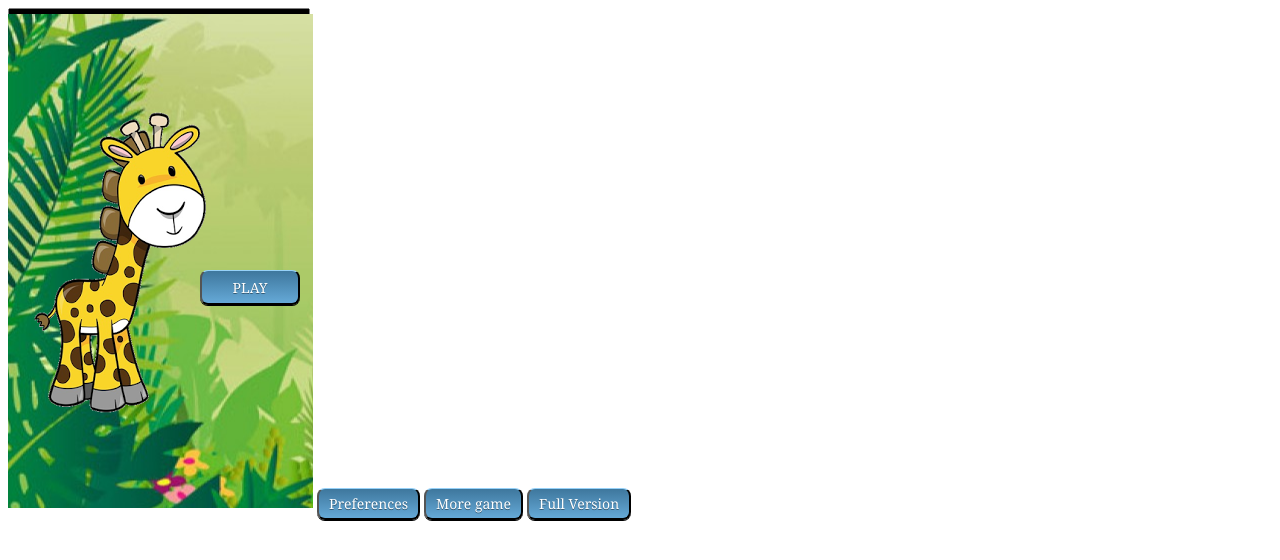
Repository: RathipriyaChandrasekaran/dotlite
Page: ConnectDots/homepage.html
The author's editor kept a copy of each file at every save. The page is drawn from the files as they stood at one save, then again after the next save.
The browser window is 1280 px wide. The pictures show the whole page.

Above is the page before, as saved 2014-12-13 23:34:30.

After the next save:
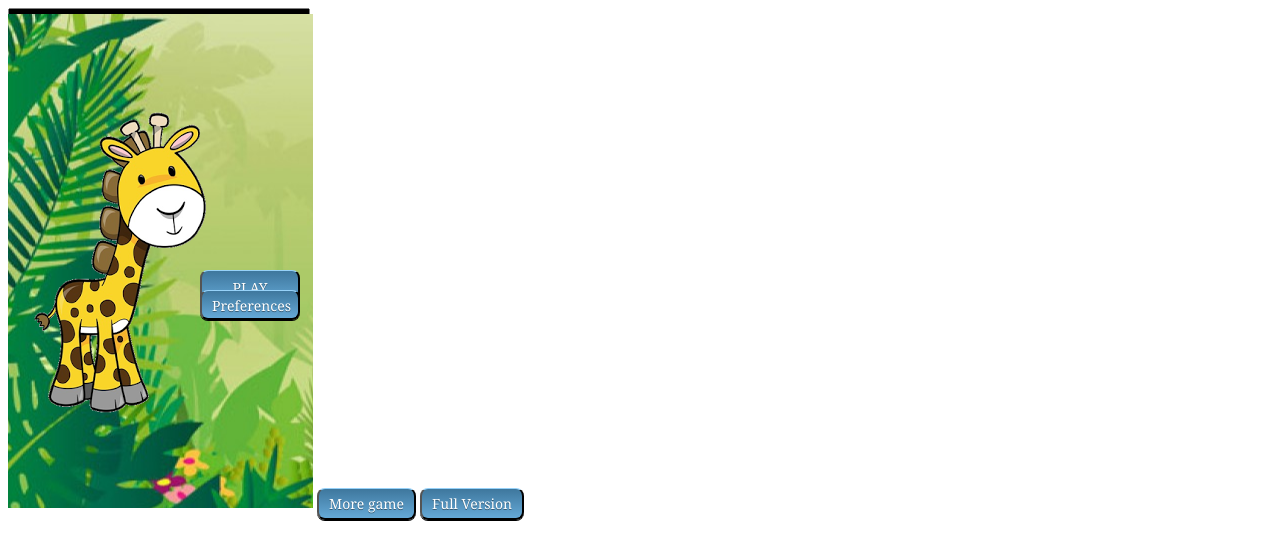
Saved 2 min 4 s later.
--- a/ConnectDots/css/appstyle.css
+++ b/ConnectDots/css/appstyle.css
@@ -12,6 +12,13 @@
 	height: 35px;
 }
 
+#pref{
+	position : absolute;
+	top: 290px;
+	left: 200px;
+	width: 100px;
+	height: 30px;
+}
 .button {
    border-top: 1px solid #96d1f8;
    background: #D2691E;
